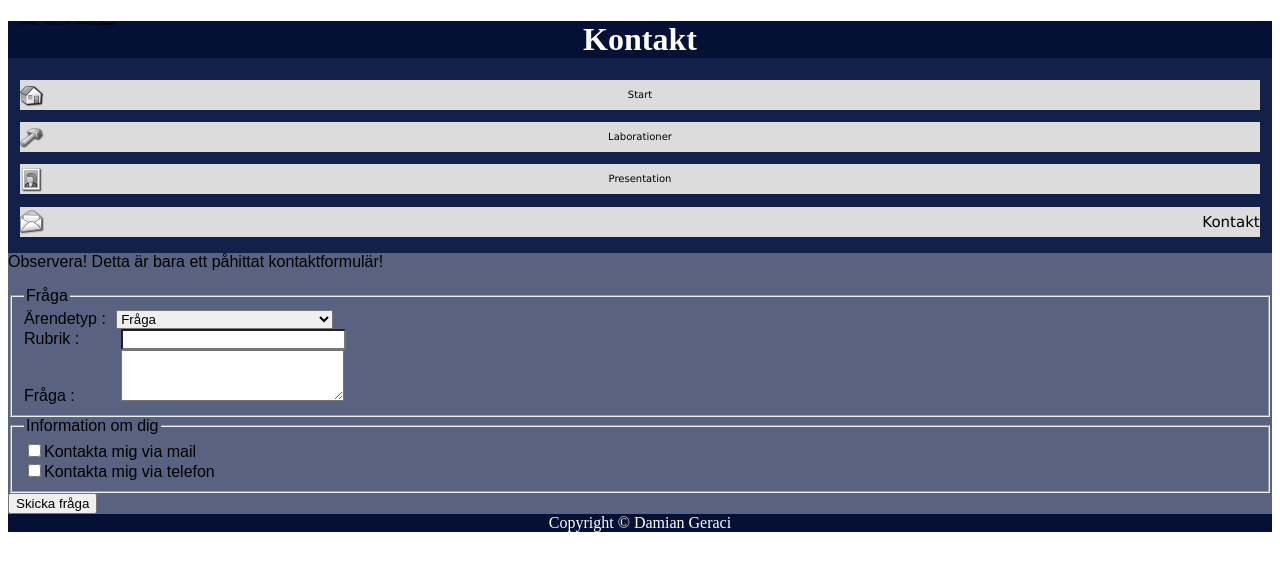
Repository: dg222dm/1ik415-laborationer
Page: pages/kontakt.html
The author's editor kept a record of every edit. The page is drawn from the files as they stood at one moment, then again after the next edit.
The browser window is 1280 px wide. The pictures show the whole page.

Above is the page before.

After the next edit:
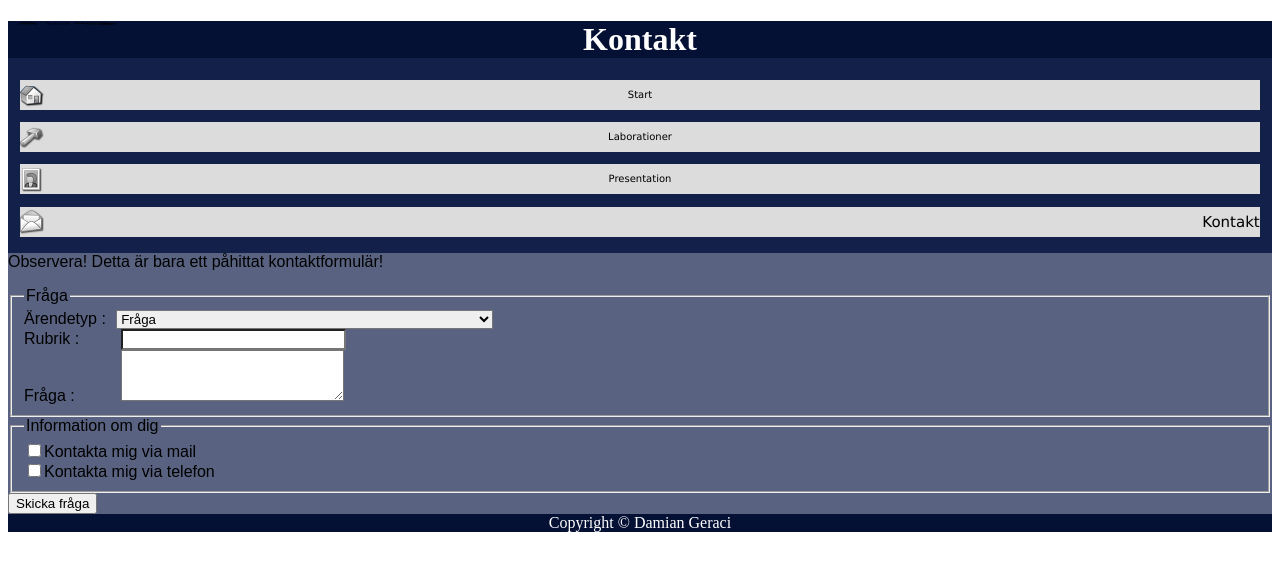
The edit:
--- a/css/mobile.css
+++ b/css/mobile.css
@@ -143,7 +143,7 @@
 
 #text3 {
     border-radius:0.48%;
-    width:17.57%;
+    width:30.57%;
     margin-left: 0.48%;
 }
 
